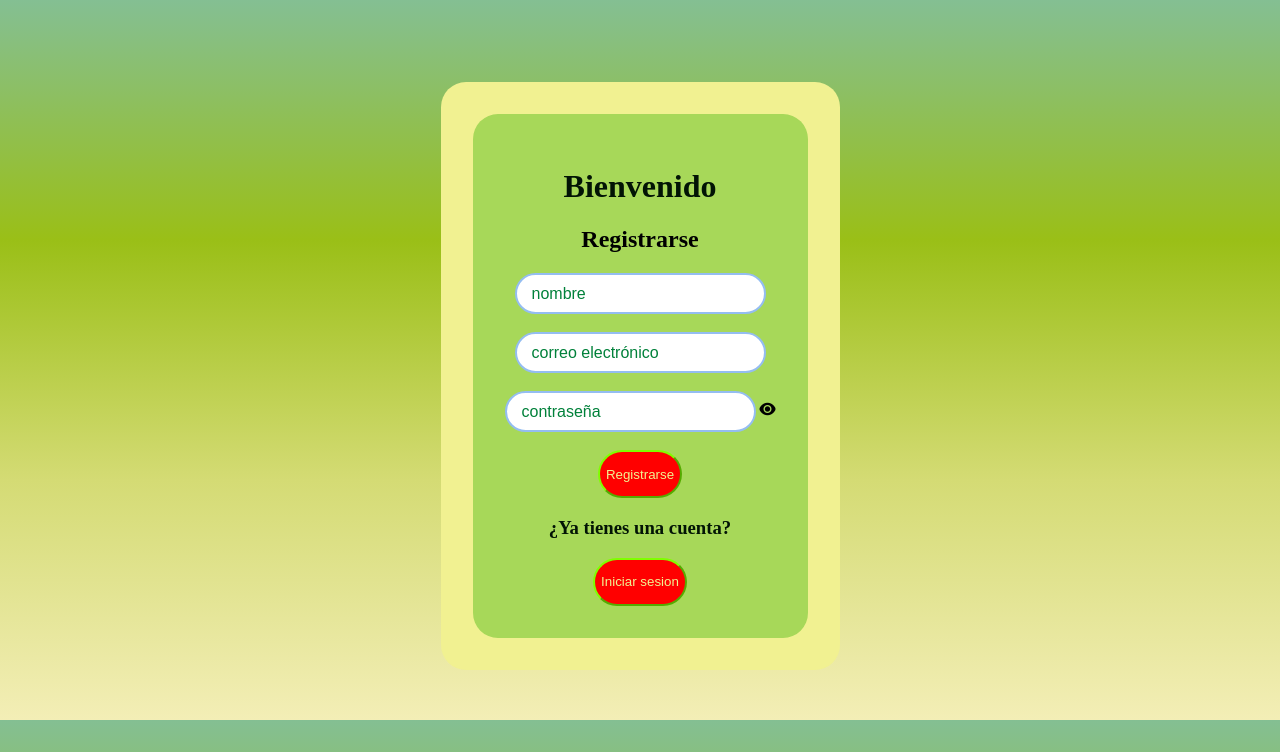
Repository: carrascokarencb37-afk/Nuura
Page: html/registrarse.html
An editor plug-in stored every save of this project. The page is shown before and after the next save, followed by the edit.
The browser window is 1280 px wide. The pictures show the whole page.
Backgrounds fixed to the window are drawn as part of the page. Some web libraries are served in a nearby version.

Above is the page before, as saved 2026-05-28 22:47:29.

### html/registrarse.html
<!DOCTYPE html>
<html lang="es">
<head>
    <meta charset="UTF-8">
    <meta name="viewport" content="width=device-width, initial-scale=1.0">

    <title>Nuura - Registrarse</title>

    <link rel="stylesheet" href="../css/style.css">
    <link rel="icon" href="../img/Nuura.png" type="png">

        <script src="../js/script.js" defer></script>

</head>
    <body>
        <div class="borde">
            <div class="cont">
                <h1>Bienvenido</h1>
                <h2>Registrarse</h2>

        <form action="../php/guardar.php" method="POST">
                <input type="text" name="nombre" placeholder="nombre" id="nombre">
                <br><br>
                <input type="email" name="correo" id="correo" placeholder="correo electrónico">
                <br><br>
            <div class="contra">
                <input type="password" name="contra" id="contra" placeholder="contraseña">
                <span onclick="mostrarContra()" class="ojo">
                    <i
                        class="fi fi-sr-eye">
                    </i>
                </span>
                <br><br>
            </div>

                <button type="submit" class="chapito">Registrarse</button>

        </form>
                <h3>¿Ya tienes una cuenta?</h3>

                <a href="iniciarsesion.html"><button class="chapito">Iniciar sesion</button></a>

            </div>
        </div>

    </body>
</html>

### css/style.css
@import url('https://cdn-uicons.flaticon.com/4.0.0/uicons-solid-rounded/css/uicons-solid-rounded.css');

/*Importar fuente chewy*/
@font-face {
    font-family: 'chewy';
    src: url(../fonts/Chewy-Regular.ttf) format('truetype');
    font-weight: normal;
    font-style: normal;
}


body {
    background-image: linear-gradient(to top, #f3eeb6, #d4db74, #9abf17, #84bf93);
    background-size: cover;
    background-attachment: fixed;
    min-height: 100vh;
    margin: 0;

    justify-content: center;
    text-align: center;
    padding: 1rem;
    display: flex;
    align-items: center;
    justify-content: center;
}

.titulo {
    font-family: Arial, Helvetica, sans-serif;
}

.boton {
    text-decoration: none;
}

/*Aqui empieza el estilo de INICIAR SESION.html*/
.cont{
    border-radius: 25px;
    background-color: #a7d859;
    padding: 2rem;
    min-width: 70%;
}
.cont h1{
    color: rgb(2, 20, 5);
    font-family:cursive;
}
.cont h3{
    color:rgb(2, 20, 5);
    font-family:cursive;
}

.borde{
    background-color: #F1F191;
    border-radius:25px;
    padding: 2rem;
}

/*registros*/
.cont input{
    border-radius:30px;
    height: 2rem;
    width: 15rem;
    border-color: rgb(148, 189, 241);
}
.cont ::placeholder{
    color: rgb(0, 129, 58);
}

input{
    color: #004d00;
    max-width: 230px;
    min-height: 35px;

    border-radius: 20px;
    border: 2px solid #4c74ff;

    padding-left: 15px;

    color: #145214;

    font-size: 16px;

    outline: none;
}

/*ojito password*/
.fi fi-sr-eye{
    position: absolute;
    right: 15px;
    top: 8px;
    transform: translateY(-50%);
    cursor: pointer;
}

/*botones*/
.chapito{
    border-radius: 25px;
    background-color:rgb(78, 167, 42) ;
    border-color: chartreuse;
    height: 2rem;
    color: #F1F191;
    transition: 1s;
    background-color: red;
    height: 3rem;
    cursor: pointer;
}
.chapito:hover{
    background-color:rgb(148, 189, 241);
    color: blue;
    border-color: blue;
    transition: 1s;
    transform: scale(1.05);
}

/* Móviles medianos (480px - 768px) */
@media (min-width: 481px) and (max-width: 768px) {
    body {
        padding: 1rem;
    }

    .borde {
        max-width: 500px;
    }

    .cont {
        max-width: 400px;
    }

    .cont input {
        max-width: 260px;
    }

    input {
        max-width: 260px;
    }

    .contra {
        max-width: 260px;
    }
}

/* Móviles en horizontal y tablets pequeñas */
@media (max-width: 768px) {
    .chapito:hover {
        transform: none; /* Evita problemas de hover en táctil */
    }
}

/* Ajuste para pantallas muy pequeñas (menos de 360px) */
@media (max-width: 360px) {
    .cont {
        padding: 1rem;
    }

    .chapito {
        width: 100%;
        max-width: 200px;
        font-size: 0.85rem;
    }

    .cont h1 {
        font-size: 1.4rem;
    }

    .cont h2 {
        font-size: 1.1rem;
    }
}

### js/script.js
//Aqui está el código para mostrar la contraseña en el input de iniciar sesión
function mostrarContra() {
    const input = document.getElementById('contra');
    if (input.type === 'password') {
        input.type = 'text';
    }else {
        input.type = 'password';
    }

}

After the next save:
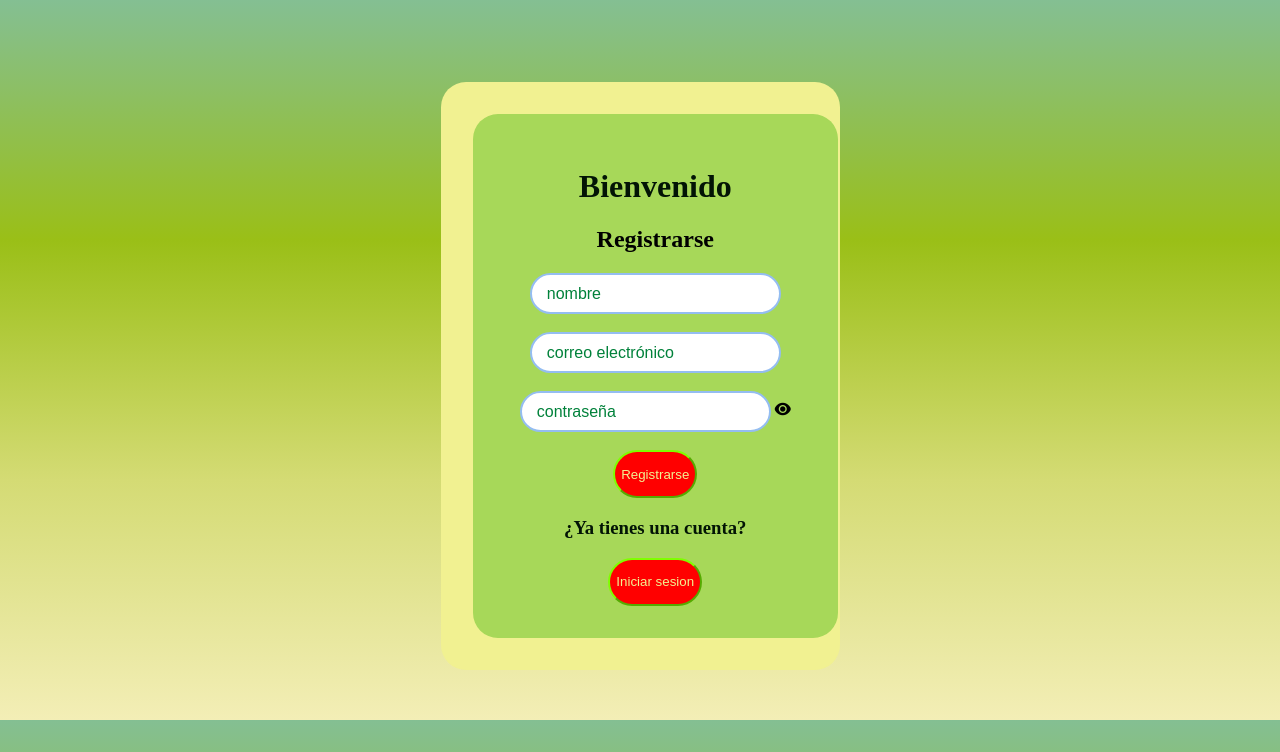
Saved 8 s later.
--- a/css/style.css
+++ b/css/style.css
@@ -37,7 +37,7 @@ body {
     border-radius: 25px;
     background-color: #a7d859;
     padding: 2rem;
-    min-width: 70%;
+    min-width: 90%;
 }
 .cont h1{
     color: rgb(2, 20, 5);
